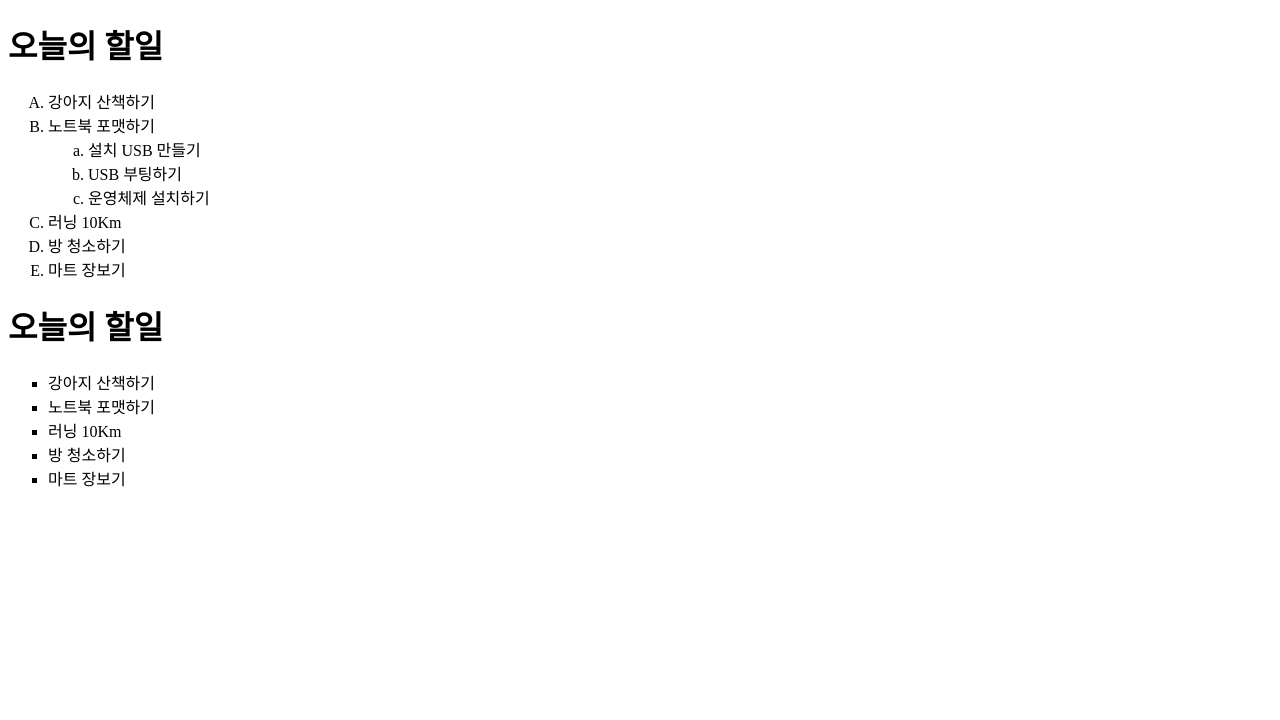
Repository: HongTaeHun337/HTML-CSS-JavaScript-
Page: html/HtmlTest/src/main/webapp/ex09_list.html
An editor plug-in stored every save of this project. The page is shown before and after the next save, followed by the edit.
The browser window is 1280 px wide. The pictures show the whole page.

Above is the page before, as saved 2026-02-13 01:25:12.

### html/HtmlTest/src/main/webapp/ex09_list.html
<!DOCTYPE html>
<html>
<head>
<meta charset="UTF-8">
<title>Insert title here</title>
</head>
<body>
	<!-- ex09_list.html -->
	<!--

		List, 목록

		1. <ol> + <li>
			- <ol>, Ordered List, 순서가 있는 목록
			- <li>, List Item, 항목

		2. <ul> + <li>
			- <ul>, Unordered List, 순서가 없는 목록
			- <li>, List Item, 항목

		3. <dl> + <dt> + <dd>


	 -->

	 <h1>오늘의 할일</h1>

	 <ol type = "A">
	 	<li>강아지 산책하기</li>
	 	<li>
	 		노트북 포맷하기
	 		<ol type = "a">
	 			<li>설치 USB 만들기</li>
	 			<li>USB 부팅하기</li>
	 			<li>운영체제 설치하기</li>
	 		</ol>
	 	</li>
	 	<li>러닝 10Km</li>
	 	<li>방 청소하기</li>
	 	<li>마트 장보기</li>
	 </ol>

	 <h1>오늘의 할일</h1>

	 <!-- bullet -->
	  <ul type = "square">
	 	<li>강아지 산책하기</li>
	 	<li>노트북 포맷하기</li>
	 	<li>러닝 10Km</li>
	 	<li>방 청소하기</li>
	 	<li>마트 장보기</li>
	 </ul>

</body>
</html>

After the next save:
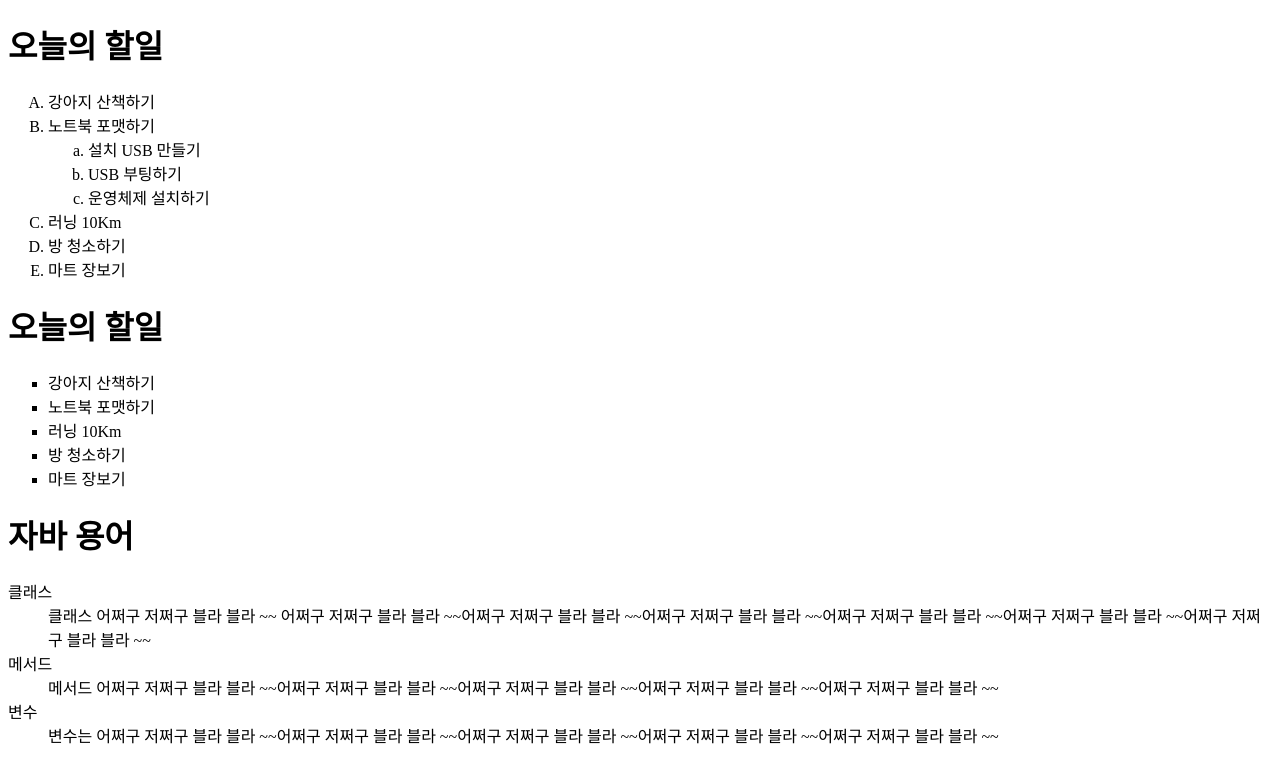
Saved 17 min 35 s later.
--- a/html/HtmlTest/src/main/webapp/ex09_list.html
+++ b/html/HtmlTest/src/main/webapp/ex09_list.html
@@ -19,7 +19,10 @@
 			- <li>, List Item, 항목
 
 		3. <dl> + <dt> + <dd>
-
+			- 용어 정의 목록
+			- <dl>: Definition List 정의 목록
+			- <dt>: Definition Term 용어
+			- <dd>: Definition Description, 용어 설명
 
 	 -->
 
@@ -51,5 +54,19 @@
 	 	<li>마트 장보기</li>
 	 </ul>
 
+	 <h1>자바 용어</h1>
+
+	 <dl>
+
+	 	<dt>클래스</dt>
+	 	<dd>클래스 어쩌구 저쩌구 블라 블라 ~~ 어쩌구 저쩌구 블라 블라 ~~어쩌구 저쩌구 블라 블라 ~~어쩌구 저쩌구 블라 블라 ~~어쩌구 저쩌구 블라 블라 ~~어쩌구 저쩌구 블라 블라 ~~어쩌구 저쩌구 블라 블라 ~~</dd>
+
+	 	<dt>메서드</dt>
+	 	<dd> 메서드 어쩌구 저쩌구 블라 블라 ~~어쩌구 저쩌구 블라 블라 ~~어쩌구 저쩌구 블라 블라 ~~어쩌구 저쩌구 블라 블라 ~~어쩌구 저쩌구 블라 블라 ~~</dd>
+
+		<dt>변수</dt>
+		<dd> 변수는 어쩌구 저쩌구 블라 블라 ~~어쩌구 저쩌구 블라 블라 ~~어쩌구 저쩌구 블라 블라 ~~어쩌구 저쩌구 블라 블라 ~~어쩌구 저쩌구 블라 블라 ~~</dd>
+	 </dl>
+
 </body>
 </html>
